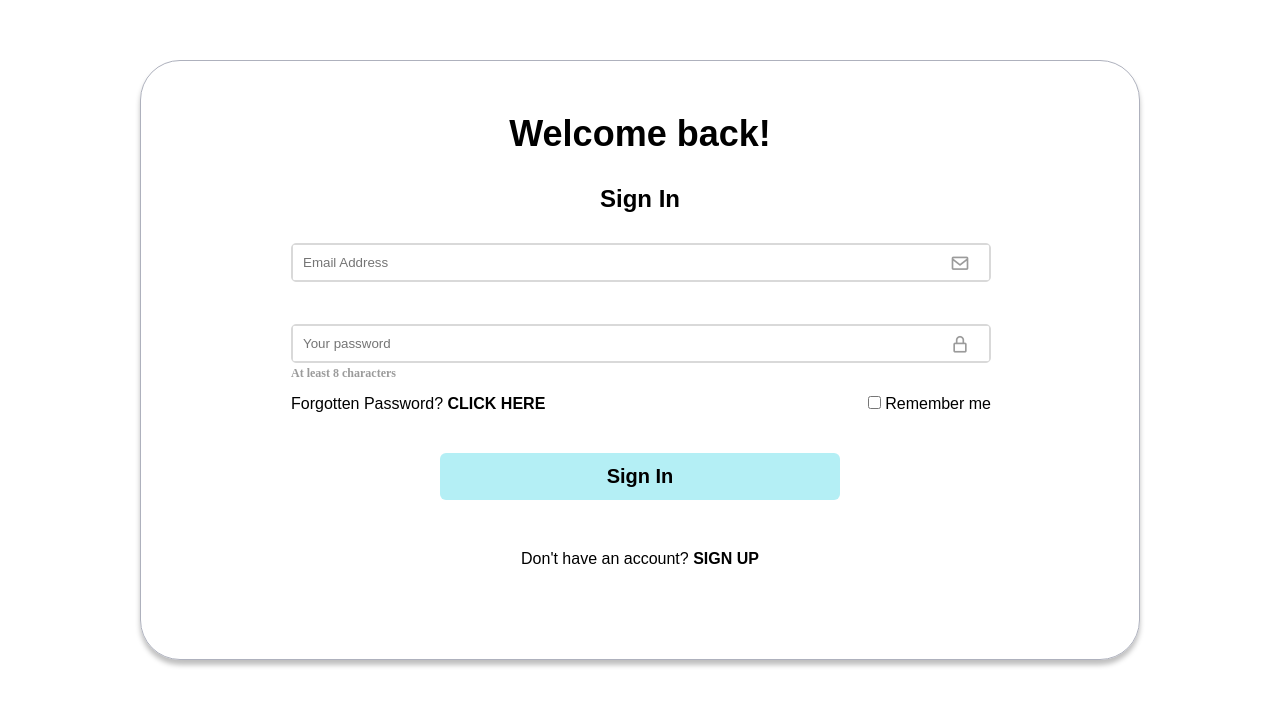
Repository: Rellzcodez/Group1-Team8
Page: pages/signin.html
The author's editor kept a copy of each file at every save. The page is drawn from the files as they stood at one save, then again after the next save.
The browser window is 1280 px wide. The pictures show the whole page.

Above is the page before, as saved 2022-09-11 20:15:08.

### pages/signin.html
<!DOCTYPE html>
<html lang="en">
<head>
    <meta charset="UTF-8">
    <meta http-equiv="X-UA-Compatible" content="IE=edge">
    <meta name="viewport" content="width=device-width, initial-scale=1.0">
    <link rel="icon" type="image/png" sizes="32x32" href="/images/favicon-32x32.png">
    <link href='https://unpkg.com/boxicons@2.1.2/css/boxicons.min.css' rel='stylesheet'>
    <link rel="stylesheet" href="/css/signin.css">
    <title>SIGN IN</title>
</head>
 <body>
    <div class="form-container">
     <h1 class="heading">Welcome back!</h1>
    <form action="action_page.php" class="login active" method="post">

        <h2 class="heading">Sign In</h2>
     <div class="container">
        <div class="email">
            <input type="email" placeholder="Email Address" name="email" required>
            <i class='bx bx-envelope'></i>
        </div>
        <div class="password">
            <input type="password" pattern=".{8,}" id="password" placeholder="Your password" required>
            <i class='bx bx-lock-alt' ></i>
        </div>
        <span class="help-text">At least 8 characters</span>
        </div>

        <div class="container2">
            <p>Forgotten Password? <span><a href="#">CLICK HERE</a></span></p>
                <div class="checkbox">
                <input type="checkbox" name="remember"> Remember me
                </div>
               </div>
        <div class="btn">
            <button type="submit" class="btn-submit"><b><a href="#">Sign In</a></b></button>
        </div>
        <div class="signup">
            <p>Don't have an account? <span><a href="/pages/signup.html" onclick="switchForm('login', event)">SIGN UP</a></span></p>
        </div>
     </form>
    </div>
    <script src="signin.js"></script>
</body>
 </html>

### css/signin.css
*{
    padding: 0;
    margin: 0;
    box-sizing: border-box;
}

body{
    display: flex;
    justify-content: center;
    margin: 0 auto;
    align-items: center;
    place-items: center;
    min-height: 100vh;
    padding: 0 16px;

}
a {
    color: #000;
    transition: all .3s ease;
    text-decoration: none;
}
a:hover {
    color: #C6C6C6;
}

.form-container{
    background: rgba(255, 255, 255, 0.82);
     border: 1px solid #AEB1BD;
    box-shadow: 0px 5px 5px rgba(0, 0, 0, 0.25);
    border-radius: 40px;
    margin: 2% auto;
    width: 1000px;
    height: 600px;
}
h1, h2, .btn{
    text-align: center;
    font-family: 'Poppins', sans-serif;
    margin-bottom: 30px;
}
h1{
    font-size: 36px;
    font-weight: 700;
    margin-top: 52px;
}
h2{
    font-size: 24px;
    font-weight: 700;
    margin-top: 30px;
}

.container, .container2{
    width: 700px;
    margin: 0 150px 0 150px;
    margin-bottom: 14px;
}
.email, .password{
    font-family: 'Poppins', sans-serif;
    font-weight: 400;
    font-size: 20px;
    width: 700px;
    border: 1px solid #D9D9D9;
    border-radius: 5px;
    color: #858A9B;
    width: 100%;
    position: relative;
}
.email{
    margin-bottom: 42px;
    width: 100%;
    position: relative;
}
.password{
    /* margin-bottom: 24px; */
    width: 100%;
    position: relative;
}

.email input {
    padding: 12px 40px 12px 20px;
    outline: none;
    border-radius: 6px;
    border: 1px solid #AEB1BD;
    width: 100%;
    transition: all .3s ease;
}
.password input {
    padding: 12px 40px 12px 20px;
    outline: none;
    border-radius: 6px;
    border: 1px solid #AEB1BD;
    width: 100%;
    transition: all .3s ease;
}

/* Validation */
.email input:focus,
.email input:not(:placeholder-shown) {
    border-color: #277FFE;
    background: #F4F2FF;
}
.email input:focus + i,
.email input:not(:placeholder-shown) + i {
    color: #277FFE;
}
.email input:focus:valid {
    box-shadow: 0 0 0 4px #AECFFF;
}

.email input:valid:not(:placeholder-shown) {
    border-color:#23AE00;
}
.email input:valid:not(:placeholder-shown) + i {
    color:#23AE00;
}
.email input:invalid:not(:placeholder-shown) {
    border-color:#FE2727;
}
.email input:invalid:not(:placeholder-shown) + i {
    color:#FE2727;
}
.email input:focus:invalid {
    box-shadow: 0 0 0 4px #FFD2D2;
}
.email input:focus,
.email input:focus:placeholder-shown {
    box-shadow: 0 0 0 4px #AECFFF;
}
    .password input:focus,
    .password input:not(:placeholder-shown) {
        border-color: #277FFE;
        background: #F4F2FF;
    }
    .password input:focus + i,
    .password input:not(:placeholder-shown) + i {
        color: #277FFE;
    }
    .password input:focus:valid {
        box-shadow: 0 0 0 4px #AECFFF;
    }

    .password input:valid:not(:placeholder-shown) {
        border-color:#23AE00;
    }
    .password input:valid:not(:placeholder-shown) + i {
        color:#23AE00;
    }
    .password input:invalid:not(:placeholder-shown) {
        border-color:#FE2727;
    }
    .password input:invalid:not(:placeholder-shown) + i {
        color:#FE2727;
    }
    .password input:focus:invalid {
        box-shadow: 0 0 0 4px #FFD2D2;
    }
    .password input:focus,
    .password input:focus:placeholder-shown {
        box-shadow: 0 0 0 4px #AECFFF;
    }
    /* Validation */
.email i {
    position: absolute;
   top: 50%;
   transform: translateY(-50%);
   right: 20px;
   color: #9B9B9B;
   pointer-events: none;
}
.password i {
   position: absolute;
   top: 50%;
   transform: translateY(-50%);
   right: 20px;
   color: #9B9B9B;
   pointer-events: none;
}
.container .help-text {
   font-size: 12px;
   color: #9B9B9B;
}

form input:not([type='checkbox']) {
    border: 1px solid #D9D9D9;
    outline: none;
    padding: 10px;
    width: 100%;
    border-radius: 2px;
    display: inline;
}

.container2 {
    display: flex;
    justify-content: space-between;
    margin-bottom: 40px;
    color: black;
    font-weight: 400;
    font-size: 16px;
    font-family: 'Poppins', sans-serif;
}

.container2 a{
    color: #000;
    text-decoration: none;
    font-weight: 700;
}
span{
    font-weight: 700;
    font-size: 16px;
}

.btn-submit {
    padding: 12px 0;
    width: 400px;
    color: #000;
    border-radius: 6px;
    cursor: pointer;
    transition: all .3s ease;
    border: none;
    font-size: 20px;
    font-weight: 500;
    background: #B4EFF5;
    margin-bottom: 20px;
    }
    .btn-submit:hover{
        color: #fff;
        background: #858A9B;
    }

.signup{
    text-align: center;
    font-family: 'Poppins', sans-serif;
}
.signup a{
    color: #000;
    font-weight: 700;
    text-decoration: none;
}
.signup a:hover{
    color: #858A9B
}

a.lighthover:hover {
    color: #C6C6C6;
}

### js/signin.js
function switchForm(className, e) {
    e.preventDefault();
    const allForm = document.querySelectorAll('form');
    const form = document.querySelector('form.${className}');

    allForm.forEach(item=> {
        item.classList.remove('active');
    })
    form.classList.add('active');
}

After the next save:
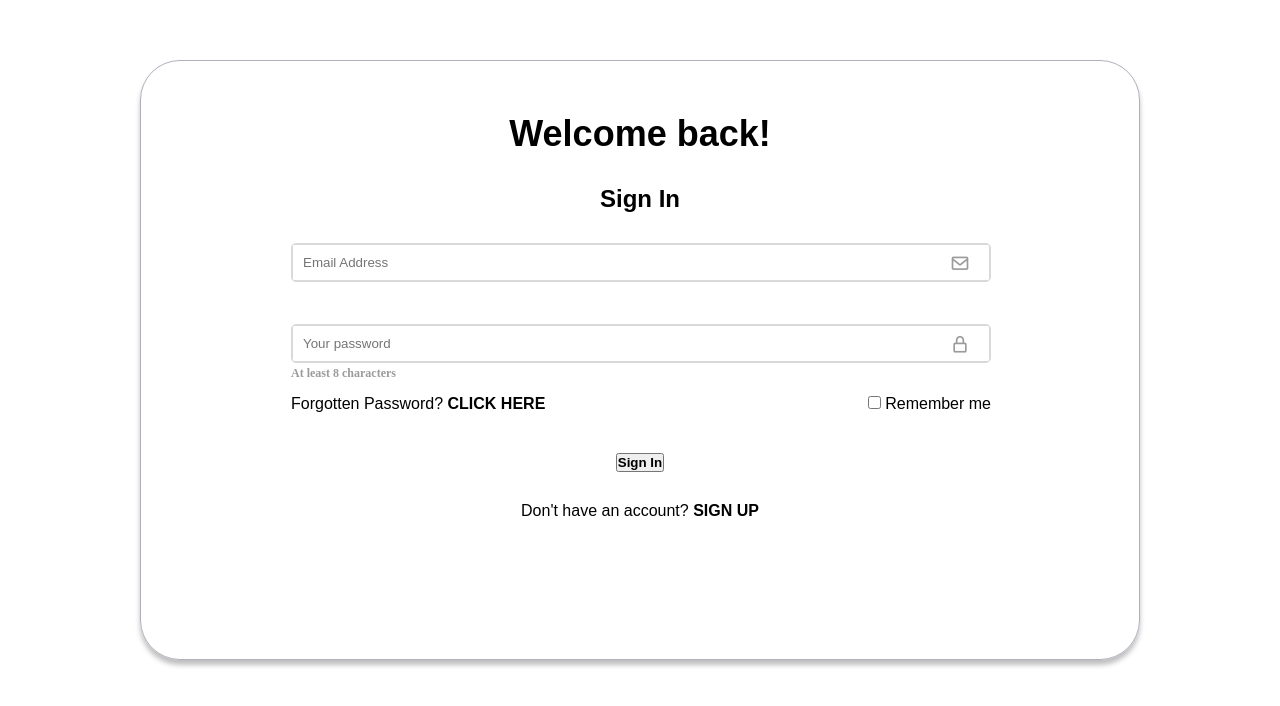
Saved 4 s later.
--- a/css/signin.css
+++ b/css/signin.css
@@ -207,7 +207,7 @@
     font-weight: 700;
     font-size: 16px;
 }
-
+span
 .btn-submit {
     padding: 12px 0;
     width: 400px;

After the 6 saves that followed:
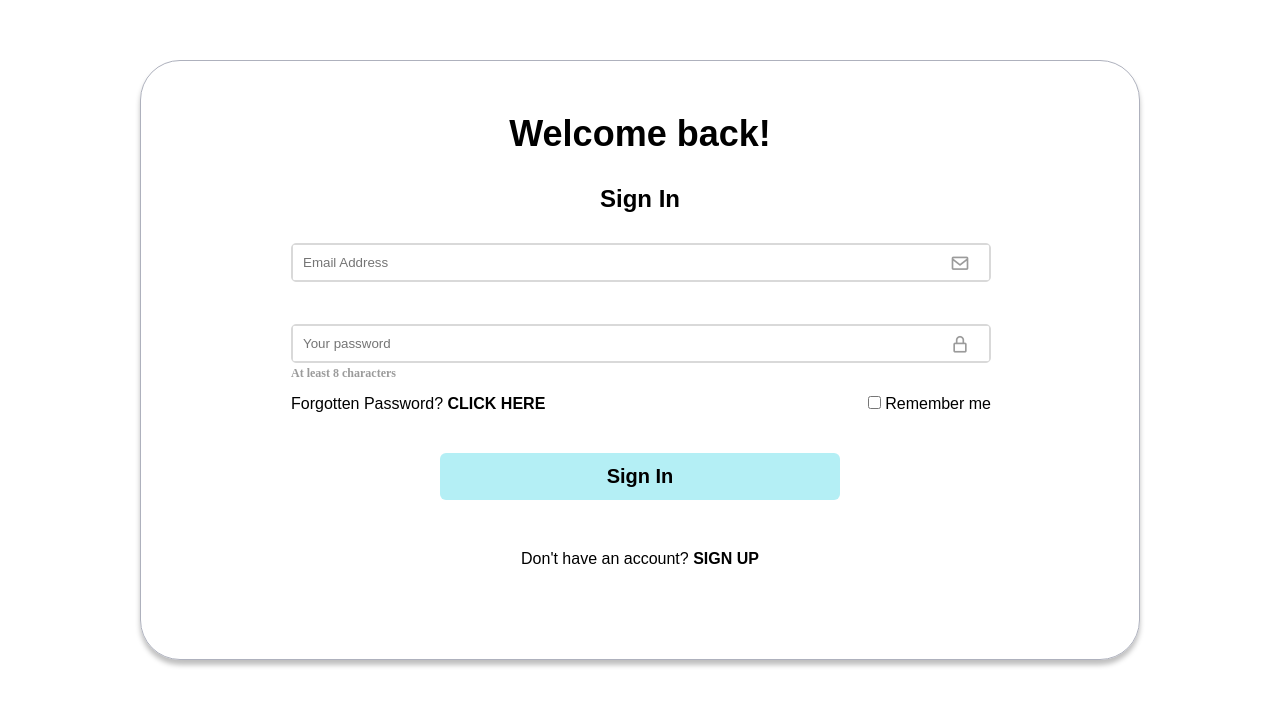
The 6 saves are shown as one change because 2 left the picture as it was and some came seconds apart.
The last was saved 33 s later.
--- a/css/signin.css
+++ b/css/signin.css
@@ -207,7 +207,9 @@
     font-weight: 700;
     font-size: 16px;
 }
-span
+span a:hover{
+
+}
 .btn-submit {
     padding: 12px 0;
     width: 400px;
